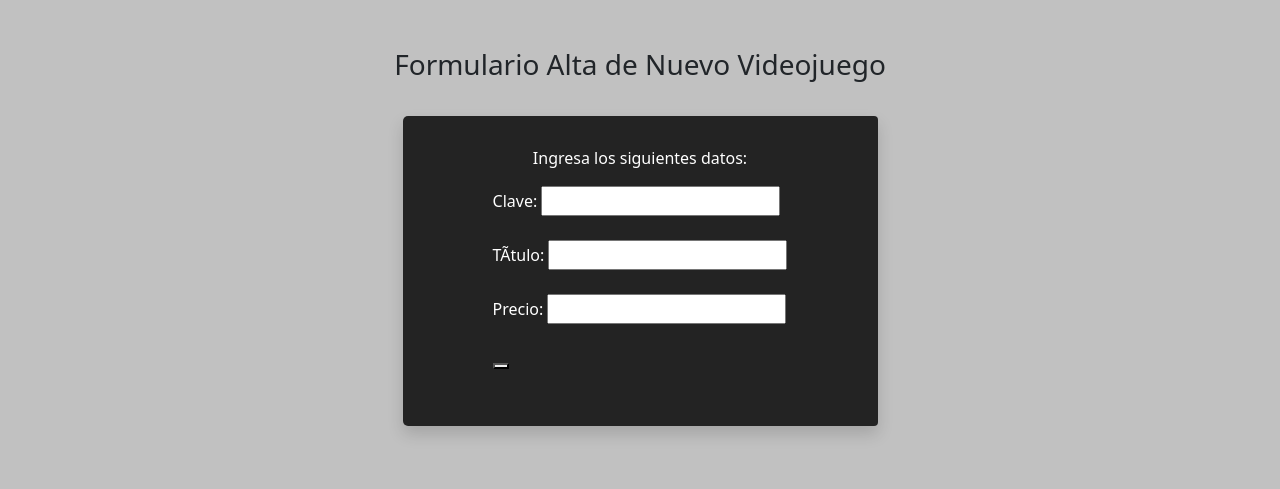
Repository: Jatziri16/JavaEE
Page: http://localhost/TiendaVideojuegos/FormularioInsertarVideojuego.jsp
The author's editor kept a copy of each file at every save. The page is drawn from the files as they stood at one save, then again after the next save.
The browser window is 1280 px wide. The pictures show the whole page.
The page is served by Tomcat 9. Other server files are loaded and not shown.

Above is the page before, as saved 2023-12-06 03:12:23.

### TiendaVideojuegos/src/main/webapp/FormularioInsertarVideojuego.jsp
<!DOCTYPE html>
<html>
<head>
	<meta charset="UTF-8">
	<title>Formulario Alta Videojuego</title>
	<link rel=stylesheet href="css/style.css" type="text/css">
	<!-- Bootstrap -->
 		<link href="https://cdn.jsdelivr.net/npm/bootstrap@5.1.3/dist/css/bootstrap.min.css" rel="stylesheet" integrity="sha384-1BmE4kWBq78iYhFldvKuhfTAU6auU8tT94WrHftjDbrCEXSU1oBoqyl2QvZ6jIW3" crossorigin="anonymous">
	<script type="text/javascript" src="js/validaciones_vid.js"></script>
</head>
<!-- <body>
	<h1>Formulario Alta de nuevo Videojuego</h1>
	<form>
		Clave:
		<input type="text" name="cve"><br><br>
		Título:
		<input type="text" name="titulo"><br><br>
		Precio:
		<input type="text" name="precio"><br><br>
		<input type="button" value="insertar"><br><br>
	</form>
</body> -->
<body style='background-color: rgba(50, 50, 50, 0.3);'>
		<div id="fondo">
			<h3 class="text-center mt-5 mb-1">Formulario Alta de Nuevo Videojuego</h3>
			<div class="container rounded-3 contenedor">
				<div class="row align-items-stretch justify-content-center">
					<div class="login-container  col-7 col-sm-6 col-md-5 col-xl-5 rounded-end shadow">
						<p class="text-center">Ingresa los siguientes datos:</p>
						<div class="centrar">
							<!-- FORM -->
							<form>
								Clave:
								<input type="text" name="cve"><br><br>
								Título:
								<input type="text" name="titulo"><br><br>
								Precio:
								<input type="text" name="precio"><br><br>
								<button  onclick="validarForms()" type="button" value="insertar"></button><br><br>
							</form>
						</div>
					</div>
				</div>
			</div>
		</div>
	</body>
</html>

### TiendaVideojuegos/src/main/webapp/css/style.css
body
{
	background-color: gray;
}
h1
{
	text-align: center;
}
.contenedor {
    padding: 30px 0;
}

.centrar
{
display: flex;
  justify-content: center;
    /* margin: 0 auto; */
}
.centrar-2
{
	margin: 0 auto;
}
.invalido {
	margin-top: 5px;
    font-size: 80%;
}

.login-container {
    /* background-image: linear-gradient(rgba(0, 0, 0, 0.5), rgba(0, 0, 0, 0.5)), url(../../../../assets/imgs/login-bg.png); */
    background-size: cover;
    background-color: rgba(20, 20, 20, 0.908);
	border-radius: 5px;
    padding: 30px 50px;
    color: white;
}
.warning-container
{
	background-size: cover;
    background-color: red;
	border-radius: 5px;
    padding: 30px 50px;
    color: white;
}
.button {
  background-color: transparent; /* Green */
  border: none;
  padding: 5px 0;
  width: 100%;
  text-align: center;
  text-decoration: none;
  display: inline-block;
  font-size: 16px;
  margin: 4px 2px;
  transition-duration: 0.4s;
  cursor: pointer;
  border-radius: 8px;
}

.btn-insertar {
  color: white;
  border: 2px solid #4CAF50;
}
.btn-actualizar {
  color: white;
  border: 2px solid #db752d;
}
.btn-cancelar {
  color: white;
  border: 2px solid #474747;
}

.btn-insertar:hover {
  background-color: #4CAF50;
  color: white;
}
.btn-actualizar:hover {
  background-color: #db752d;
  color: white;
}
.btn-cancelar:hover {
  background-color: #474747;
  color: white;
}

/*input {
	border: 1px solid red;
}*/

### TiendaVideojuegos/src/main/webapp/js/validaciones_vid.js
function validarForms()
{
	console.log("ENTRO A validarForms()")
	//let clave = document.getElementById("clave").value;
	let titulo = document.getElementById("titulo").value;
	let precio = document.getElementById("precio").value;
	//let cveprov = document.getElementById("cveprov").value;
	let cveprov = document.getElementById("selectprov").value;
	let inv = document.getElementById("inventario").value;

	console.log("selected prov: "+cveprov);
	//clave == "" ||
	if(titulo == "" || precio == "" || cveprov == "" || inv == "") {
		setWarnsMsj();
	}
	else
	{
		//"clave = "+clave+
		alert("\ntitulo = "+titulo+"\nprecio = "+precio+"\ncveprov = "+cveprov+"\ninv = "+inv)
		//clave="+clave+"&
		document.forms[0].action = "InsertarVideojuego.do?titulo="+titulo+"&precio="+precio+"&cveprov="+cveprov+"&inventario="+inv;
		document.forms[0].method = "get";
		document.forms[0].submit();
		alert("Videojuego insertado");
	}
}

function validarFormsUpdate()
{
	console.log("ENTRO A validarFormsUpdate()")
	let clave = document.getElementById("clave").value;
	let titulo = document.getElementById("titulo").value;
	let precio = document.getElementById("precio").value;
	//let cveprov = document.getElementById("cveprov").value;
	let cveprov = document.getElementById("cveprov").value.split(" ")
	cveprov = cveprov[0];
	let inv = document.getElementById("inventario").value;

	if(titulo == "" || precio == "" || inv == "") {
		setWarnsMsj();
	}
	else
	{
		alert("clave="+clave+"\ntitulo = "+titulo+"\nprecio = "+precio+"\ncveprov = "+cveprov+"\ninv = "+inv)
		document.forms[0].action = "ActualizarVideojuego.jsp?clave="+clave+"&titulo="+titulo+"&precio="+precio+"&cveprov="+cveprov+"&inventario="+inv;
		document.forms[0].method = "post";
		document.forms[0].submit();
		alert("Videojuego actualizado");
	}
}

function setWarnsMsj()
{
    //if(clave == "") document.getElementById("warn_clave").innerHTML = "*Ingrese una clave";
	if(titulo == "") document.getElementById("warn_titulo").innerHTML = "*Ingrese un titulo";
	if(precio == "") document.getElementById("warn_precio").innerHTML = "*Ingrese el precio del videojuego";
	//if(cveprov == "") document.getElementById("warn_cveprov").innerHTML = "*Ingrese la clave del proveedor";
	//if(inv == "") document.getElementById("warn_inventario").innerHTML = "*Ingrese la cantidad en existencia";

	document.getElementById("ilistalert").innerHTML = "Todos los campos son obligatorios";
    document.getElementById("ilistalert").style.display = "inherit";
    setTimeout(function () {
      document.getElementById("ilistalert").style.display = "none";
    }, 5000);
}

function filtrarVideojuegos()
{
	const claveProv = document.getElementById("selectprov").value;
	console.log("selected prov: "+claveProv);
}

After the next save:
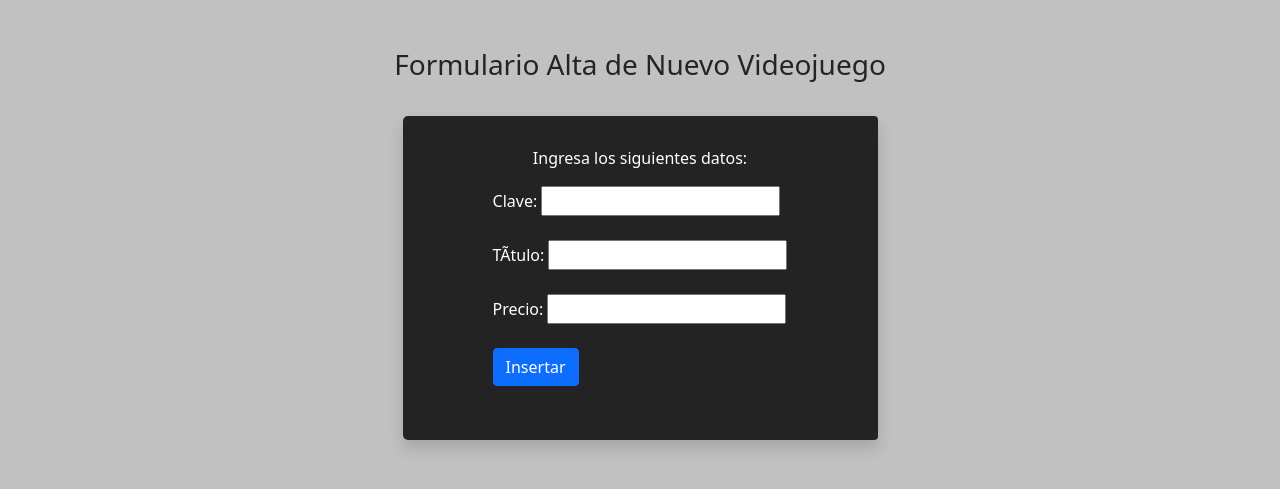
Saved 26 s later.
--- a/TiendaVideojuegos/src/main/webapp/FormularioInsertarVideojuego.jsp
+++ b/TiendaVideojuegos/src/main/webapp/FormularioInsertarVideojuego.jsp
@@ -36,7 +36,7 @@
 								<input type="text" name="titulo"><br><br>
 								Precio:
 								<input type="text" name="precio"><br><br>
-								<button  onclick="validarForms()" type="button" value="insertar"></button><br><br>
+								<button class="btn btn-primary" onclick="validarForms()" type="button">Insertar</button><br><br>
 							</form>
 						</div>
 					</div>
